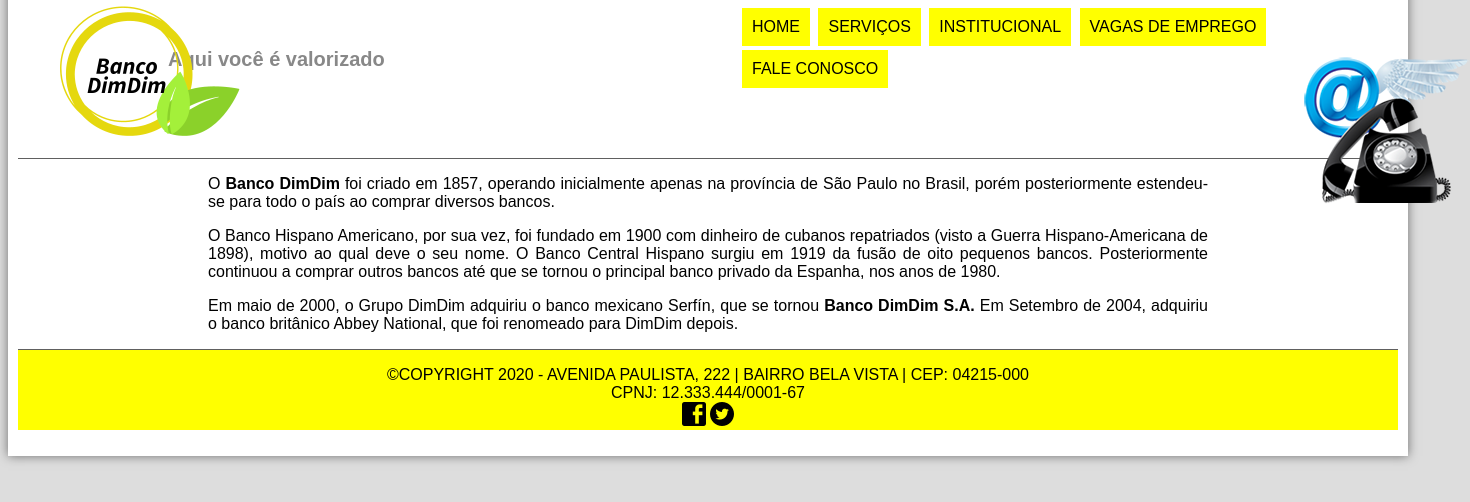
Repository: marceloShibuya/DevOps
Page: http://localhost/Nac_DevOPS/contato.jsp
The author's editor kept a copy of each file at every save. The page is drawn from the files as they stood at one save, then again after the next save.
The browser window is 1280 px wide. The page is 1470 px wide, then 1408 px, then 1470 px, so the pictures cover 1470 px, including what lies to the right of the window. The pictures show the whole page.
Some web fonts or font styles are not loaded; a fallback is used. The page is served by Tomcat 9. Other server files are loaded and not shown.

Above is the page before, as saved 2020-02-25 00:35:34.

### Nac_DevOPS/WebContent/contato.jsp
<%@ page language="java" contentType="text/html; charset=ISO-8859-1"
    pageEncoding="ISO-8859-1"%>
<!DOCTYPE html>
<html>
<head>
	<meta charset="utf-8">
	<title>Nac DevOPS</title>
	<link rel="stylesheet" type="text/css" href="_css/estilo.css">
</head>
<script src="_javascript/funcoes.js"></script>
<body>
<div id="interface">
	<header id="cabecalho">
		<hgroup>
			<h2>Aqui você é valorizado</h2>
		</hgroup>
		<img id="icone" src="_imagens/logo_DimDim.png">
		<img id="icone_2" src="_imagens/contato.png">
	<nav id="menu">
		<ul>
			<li onmouseover="mudaFoto('_imagens/home.png')"
			onmouseout="mudaFoto('_imagens/contato.png')"><a href="index.jsp">Home</a></li>
			<li onmouseover="mudaFoto('_imagens/especificacoes.png')"
			onmouseout="mudaFoto('_imagens/contato.png')"><a href="servicos.jsp">Serviços</a></li>
			<li onmouseover="mudaFoto('_imagens/inst.jpg')"
			onmouseout="mudaFoto('_imagens/contato.png')"><a href="institucional.jsp">Institucional</a></li>
			<li onmouseover="mudaFoto('_imagens/emprego.png')"
			onmouseout="mudaFoto('_imagens/contato.png')"><a href="emprego.jsp">Vagas de emprego</a></li>
			<li onmouseover="mudaFoto('_imagens/contato.png')"
			onmouseout="mudaFoto('_imagens/contato.png')"><a href="contato.html">Fale Conosco</a></li>
		</ul>
	</nav>
	</header>
<section id="corpo">

	<p>O <b>Banco DimDim</b> foi criado em 1857, operando inicialmente apenas na província de São Paulo no Brasil, porém posteriormente estendeu-se para todo o país ao comprar diversos bancos.</p>

	<p>O Banco Hispano Americano, por sua vez, foi fundado em 1900 com dinheiro de cubanos repatriados (visto a Guerra Hispano-Americana de 1898), motivo ao qual deve o seu nome. O Banco Central Hispano surgiu em 1919 da fusão de oito pequenos bancos. Posteriormente continuou a comprar outros bancos até que se tornou o principal banco privado da Espanha, nos anos de 1980.</p>

	<p>Em maio de 2000, o Grupo DimDim adquiriu o banco mexicano Serfín, que se tornou <b>Banco DimDim S.A.</b> Em Setembro de 2004, adquiriu o banco britânico Abbey National, que foi renomeado para DimDim depois.</p>


</section>

<footer id="rodape">
<p>&copy;Copyright 2020 - Avenida Paulista, 222 | Bairro Bela Vista | CEP: 04215-000 <br>
	CPNJ: 12.333.444/0001-67 <br>
<a href="http://facebook.com" target="_blank" ><img src="_imagens/facebook.png"></a>
<a href="http://twitter.com" target="_blank"><img src="_imagens/twitter.png"></a></p>
</footer>
</div>
</body>
</html>

### Nac_DevOPS/WebContent/_css/estilo.css
@import url('https://fonts.googleapis.com/css?family=Titillium+Web&display=swap');
@font-face {
	font-family: 'FonteLogo';
	src: url("../_fonts/bubblegum-sans-regular.otf");
}

body{
	font-family: arial, sans-serif;
	background-color: #dddddd;
	color: rgba(0,0,0,1);
	}

div#interface {
	width: 1380px;
	background-color: #ffffff;
	margin: -20px auto 0px auto;
	box-shadow: 0px 0px 10px rgba(0,0,0,.5);
	padding: 30px 10px 10px 10px;
}

header#cabecalho img#icone_2 {
	position: absolute;
	left: 1300px;
	top: 50px;
}

header#cabecalho img#icone {
	position: absolute;
	left: 50px;
	top: -20px;
}

header#cabecalho {
	border-bottom: 1px #606060 solid;
	height: 110px;
}

header#cabecalho h2 {
	font-family: 'Titillium Web', sans-serif;
	font-size: 15pt;
	color: #888888;
	padding: 0px;
	margin-top: 30px;
	margin-left: 150px;
}

p {
	font-family: 'FonteLogo', sans-serif;
	text-align: justify;
}

/* Formatação da foto */


figure.foto-legenda{
	position: relative;
	border: 8px solid white;
	box-shadow: 1px 1px 4px black;
}

figure.foto-legenda img{
	width: 100%;
	height: 100%;
}

figure.foto-legenda figcaption{
	position: absolute;
	top: 0px;
	background-color: rgba(0,0,0,.4);
	color: white;
	width: 100%;
	height: 100%;
	padding: 10px;
	box-sizing: border-box;
	opacity: 0;
	transition: opacity 1s;
}

figure.foto-legenda:hover figcaption{
	opacity: 1;
}

/*  Formatação do Menu*/


nav#menu{
	display: block;
}

nav#menu ul{
	list-style: none;
	text-transform: uppercase;
	position: absolute;
	top: -10px;
	left:700px;
}

nav#menu li{
	display: inline-block;
	background-color: #ffff00;
	padding: 10px;
	margin: 2px;
	transition: background-color 1s;
}

nav#menu li:hover{
	background-color: #ffff00;
	color: #ffffff;
}

nav#menu h1{
	display: none;
}

nav#menu a{
	color: #000000;
	text-decoration: none;
}

nav#menu a:hover{
	color: #ffff;
}

.login__content {
	margin-left: 1020px;
	margin-top: -25px;
	display: block;
	flex-direction: row;
	justify-content: center;

}

.login__title {
	margin-top: -20px;
	margin-left: 600px;
}

input#cpf {
	border-style: solid;
	border-color: #ffff00;
	box-shadow: 1px 1px 4px black;
}

input#senha {
	border-style: solid;
	border-color: #ffff00;
	box-shadow: 1px 1px 4px black;
}

.btn-full {
	background-color: #ffff00;
	text-transform: uppercase;
	box-shadow: 1px 1px 4px black;
	cursor:pointer;
}

span{
	color:white;
}

/* Formatação da Section */

section#corpo {
	display: block;
	width: 1000px;
	margin: auto;
}


footer#rodape {
	clear: both;
	border-top: 1px solid #606060;
	background-color: #ffff00;
}

footer#rodape p{
	text-transform: uppercase;
	text-align: center;
	font-family: 'Titillium Web', sans-serif;
}

### Nac_DevOPS/WebContent/_javascript/funcoes.js
function mudaFoto(foto){
	document.getElementById('icone_2').src = foto;
}

After the next save:
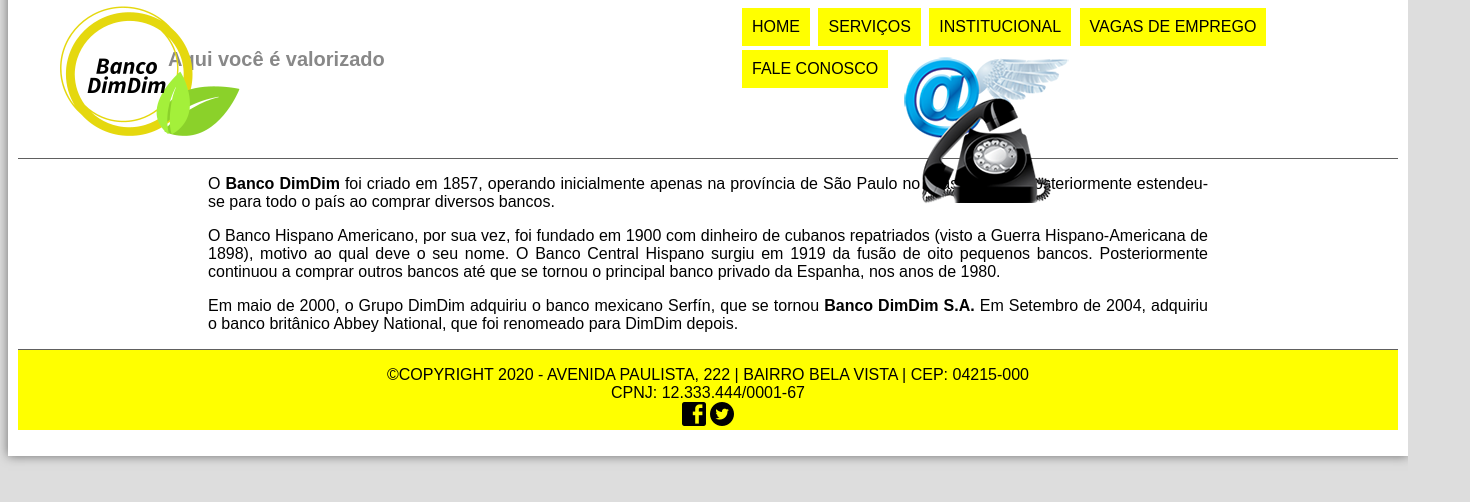
Saved 79 s later.
--- a/Nac_DevOPS/WebContent/_css/estilo.css
+++ b/Nac_DevOPS/WebContent/_css/estilo.css
@@ -20,7 +20,7 @@
 
 header#cabecalho img#icone_2 {
 	position: absolute;
-	left: 1300px;
+	left: 900px;
 	top: 50px;
 }
 

After the save that followed:
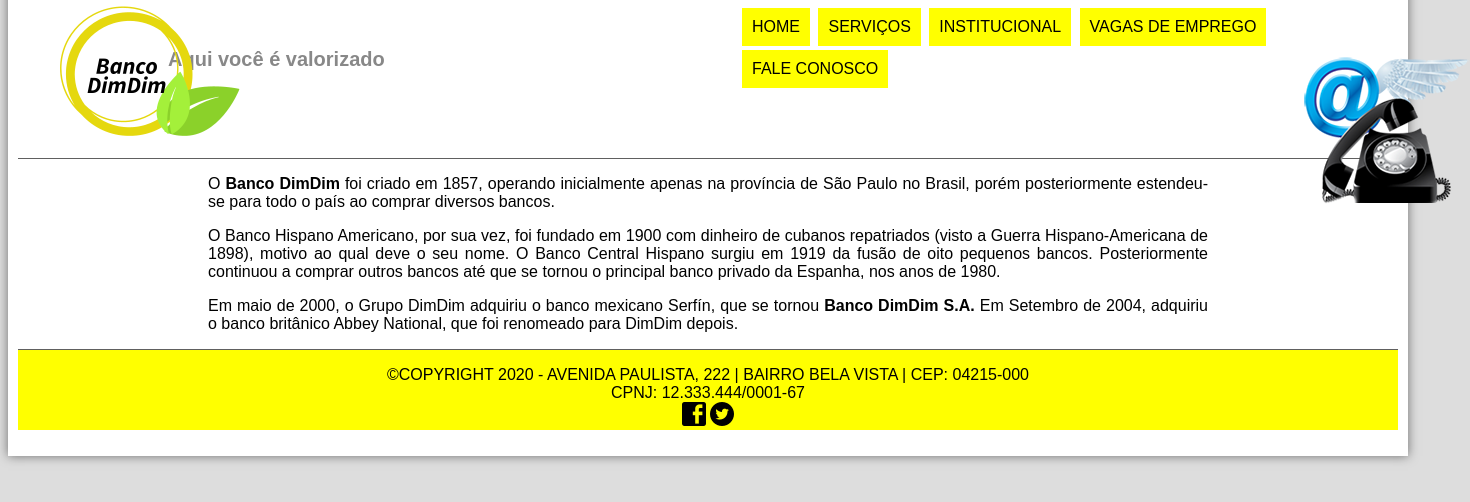
Saved 55 s later.
--- a/Nac_DevOPS/WebContent/_css/estilo.css
+++ b/Nac_DevOPS/WebContent/_css/estilo.css
@@ -20,7 +20,7 @@
 
 header#cabecalho img#icone_2 {
 	position: absolute;
-	left: 900px;
+	left: 1300px;
 	top: 50px;
 }
 
